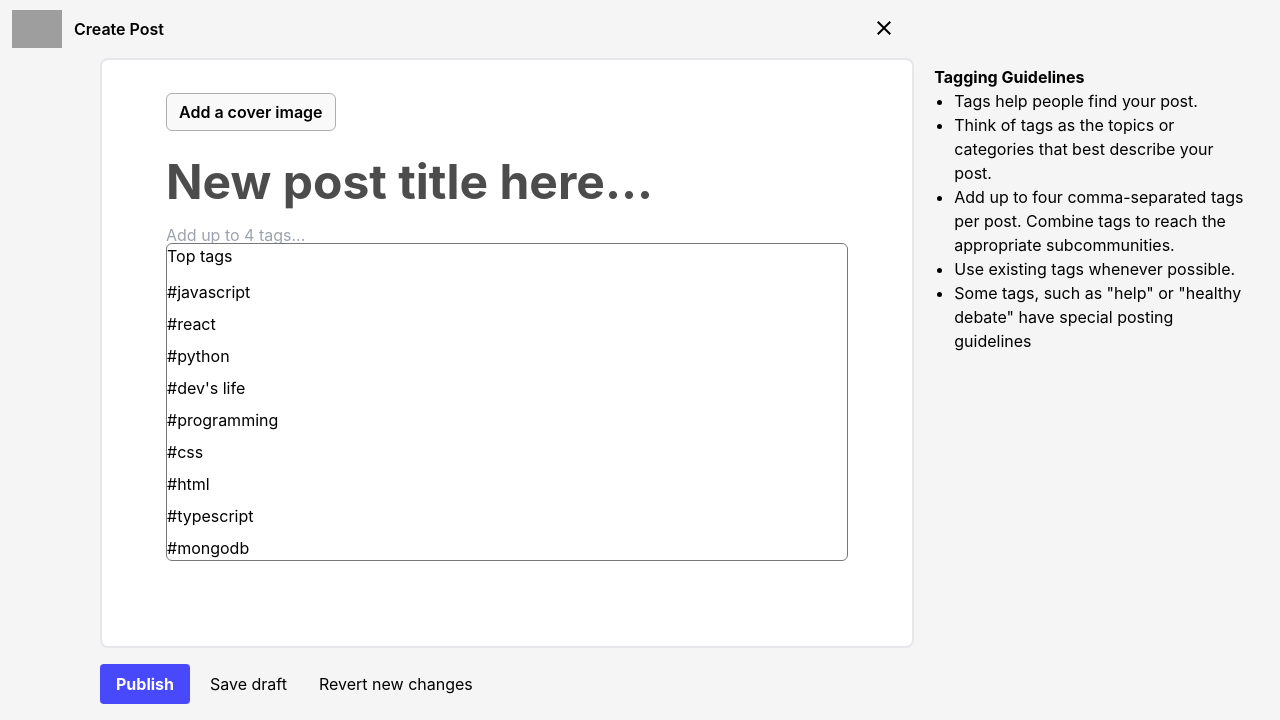
Repository: dat-nguyen-2001/Dev.to
Page: /new (app in client/)
The author's editor kept a copy of each file at every save. The page is drawn from the files as they stood at one save, then again after the next save.
The browser window is 1280 px wide. The pictures show the whole page.
Pictures or frames that could not be fetched are drawn as grey boxes. The project was rebuilt for these pictures with package versions that can differ from the ones it lists, and the page was loaded fresh each time. Also part of the build but not shown: client/src/components/Footer.tsx, client/src/components/nav/GuestNav.tsx, client/src/components/nav/NavBar.tsx, client/src/components/Layout.tsx, client/src/pages/about.tsx, client/src/components/SignInForm.tsx, client/src/components/SignInPlatform.tsx, client/src/pages/enter.tsx and 1 more.

Above is the page before, as saved 2022-09-25 11:58:29.

After the next save:
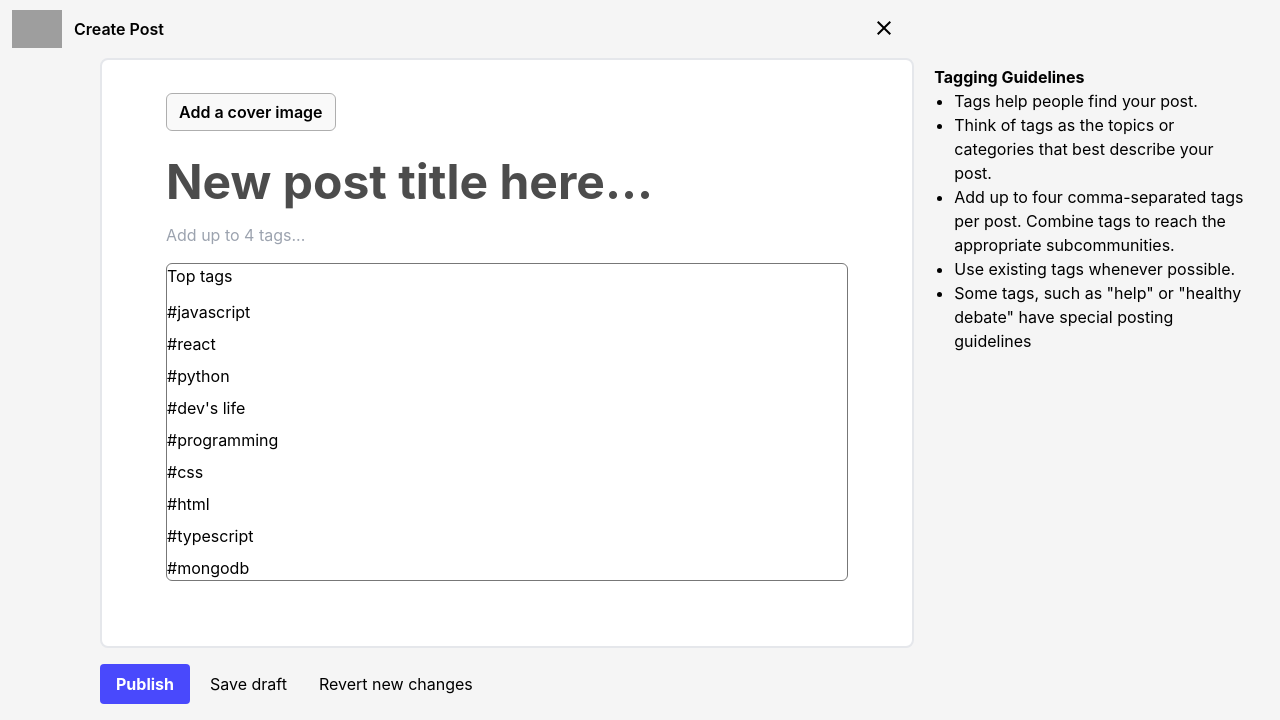
Saved 24 s later.
--- a/client/src/pages/new.tsx
+++ b/client/src/pages/new.tsx
@@ -75,7 +75,7 @@ const New = () => {
                     </form>
                     <form className='relative'>
                         <input placeholder='Add up to 4 tags...' className='w-full outline-none' />
-                        <div className='z-[100] absolute top-5 flex flex-col space-y-3 bg-white w-full border-[.1em] border-solid border-[#777] rounded-md'>
+                        <div className='z-[100] absolute top-10 flex flex-col space-y-3 bg-white w-full border-[.1em] border-solid border-[#777] rounded-md'>
                             <h2>Top tags</h2>
                             <ul className='flex flex-col space-y-2'>
                                 {tags.map(tag => (
